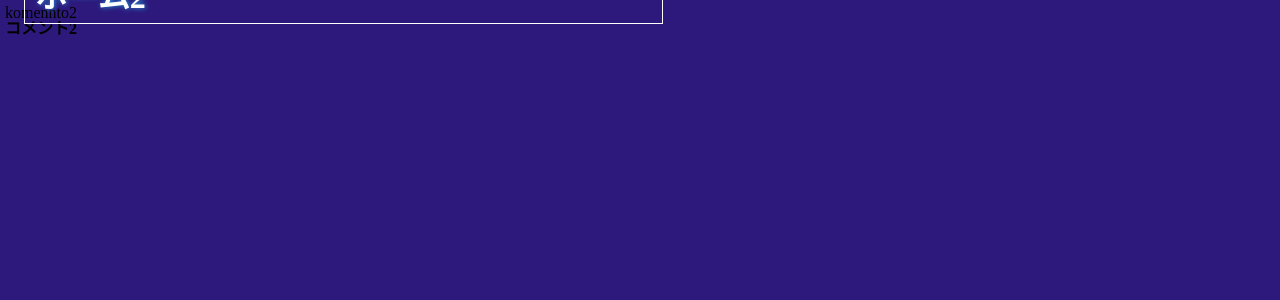
Repository: azuma2/tui2b
Page: http://localhost/come
The author's editor kept a copy of each file at every save. The page is drawn from the files as they stood at one save, then again after the next save.
The browser window is 1280 px wide. The pictures show the whole page.
The page is served by the project's Laravel application, run on PHP 8.4 with Laravel 8. Queries for data that is not in the repository find no rows.

Above is the page before, as saved 2022-03-29 02:24:31.

After the next save:
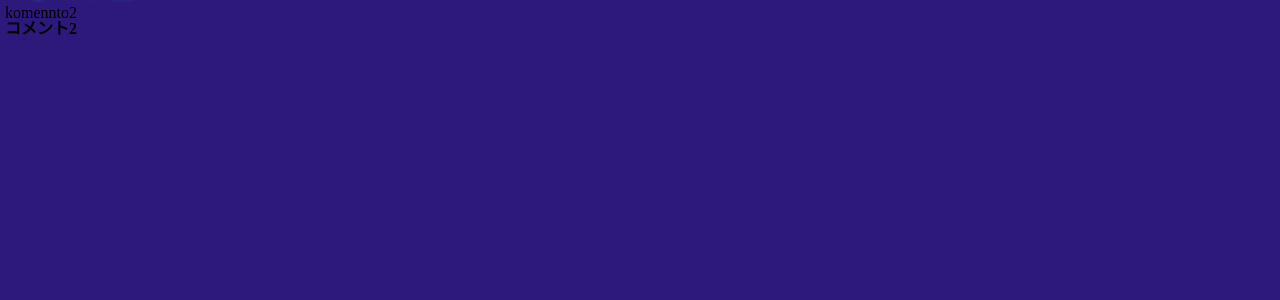
Saved 77 s later.
--- a/resources/views/come.blade.php
+++ b/resources/views/come.blade.php
@@ -82,7 +82,7 @@
           border: solid;border-color: #fff;
           border-width: 1px;
           padding: 10px;
-
+    display: table-row;
     }
     .content {
       margin:10px;

After the save that followed:
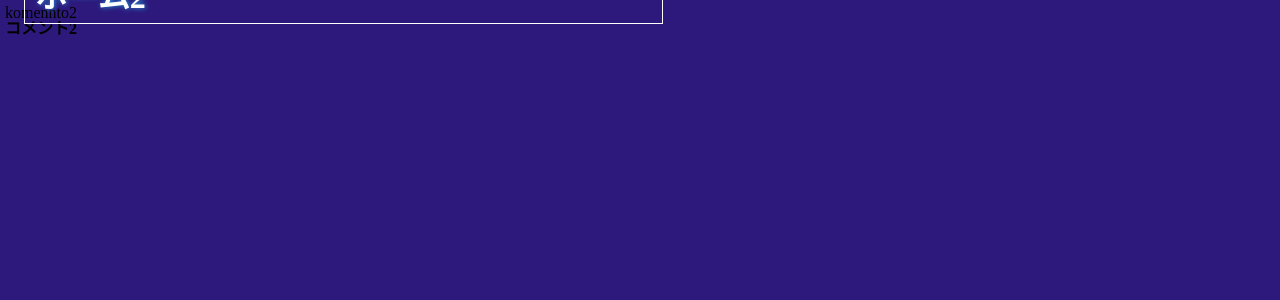
Saved 16 s later.
--- a/resources/views/come.blade.php
+++ b/resources/views/come.blade.php
@@ -82,7 +82,7 @@
           border: solid;border-color: #fff;
           border-width: 1px;
           padding: 10px;
-    display: table-row;
+
     }
     .content {
       margin:10px;
